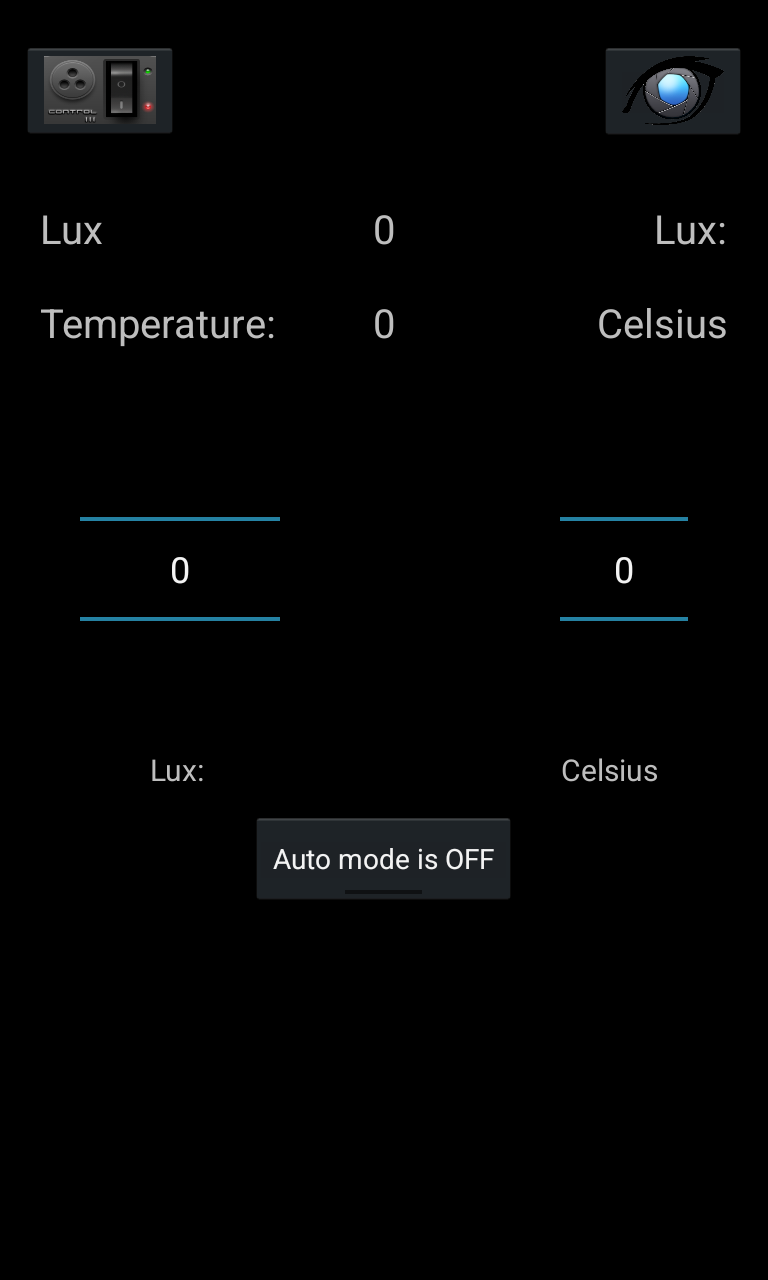
Repository: deanzaka/Shroom_IOIO_OpenCV
Layout: samples/IOIOSimpleApp/res/layout/main.xml
These files come from the project's save history. The layout is drawn as it stood at one moment and after the next save; the edit follows.
It is drawn on a 768 x 1280 px phone screen (xhdpi) without system bars, with theme android:Theme.Holo; the app's code is not run.

Above is the layout before, as saved 2014-06-04 10:00:07.

### samples/IOIOSimpleApp/res/layout/main.xml
<?xml version="1.0" encoding="utf-8"?>
<LinearLayout xmlns:android="http://schemas.android.com/apk/res/android"
    android:orientation="vertical"
    android:layout_width="fill_parent"
    android:layout_height="fill_parent"
    android:background="#00000000">

    <RelativeLayout
        android:layout_width="match_parent"
        android:layout_height="wrap_content"
        android:orientation="horizontal"
        android:paddingTop="10dp">

        <ImageButton
            android:src="@drawable/camera"
            android:id="@+id/CameraButton"
            android:layout_width="wrap_content"
            android:layout_height="wrap_content"
            android:layout_margin="10dp"
            android:layout_alignParentRight="true"
            android:maxWidth="75dp"
  			android:maxHeight="75dp"
  			android:scaleType="fitCenter"
            android:adjustViewBounds="true"
            android:onClick="ColorBlobSetup"
            />

        <ImageButton
		    android:id="@+id/panel"
		    android:src="@drawable/panel"
		    android:layout_height="50dp"
		    android:layout_width="80dp"
		    android:layout_marginTop="10dp"
		    android:layout_marginLeft="10dp"
		    android:scaleType="fitXY"
		    android:layout_alignParentLeft="true"
		    android:onClick="menuAct"
		    />

    </RelativeLayout>

	<RelativeLayout
		android:layout_width="match_parent"
		android:layout_height="wrap_content"
		android:orientation="horizontal"
		android:paddingTop="20dp">
		<TextView
			android:text="@string/inte_label"
			android:layout_width="wrap_content"
			android:layout_height="wrap_content"
			android:layout_alignParentLeft="true"
			android:paddingLeft="20dp"
			android:textSize="20sp"
			/>

		<TextView
		    android:id="@+id/LuxValue"
		    android:layout_width="wrap_content"
		    android:layout_height="wrap_content"
		    android:layout_centerHorizontal="true"
		    android:text="0"
		    android:textSize="20sp" />

		<TextView
			android:text="@string/lux_label"
			android:layout_width="wrap_content"
			android:layout_height="wrap_content"
			android:layout_alignParentRight="true"
			android:paddingRight="20dp"
			android:textSize="20sp"
			/>
	</RelativeLayout>

	<RelativeLayout
		android:layout_width="wrap_content"
		android:layout_height="wrap_content"
		android:orientation="horizontal"
		android:paddingTop="20dp">
		<TextView
			android:text="@string/temp_label"
			android:layout_width="wrap_content"
			android:layout_height="wrap_content"
			android:paddingLeft="20dp"
			android:layout_alignParentLeft="true"
			android:textSize="20sp"
			/>
		<TextView
			android:id="@+id/TempValue"
			android:text="0"
			android:layout_width="wrap_content"
			android:layout_height="wrap_content"
			android:layout_centerHorizontal="true"
			android:textSize="20sp"
			/>
		<TextView
			android:text="@string/cel_label"
			android:layout_width="wrap_content"
			android:layout_height="wrap_content"
			android:paddingRight="20dp"
			android:layout_alignParentRight="true"
			android:textSize="20sp"
			/>
	</RelativeLayout>

	<RelativeLayout
	    android:layout_width="fill_parent"
		android:layout_height="wrap_content"
		android:orientation="horizontal"
		android:gravity="center_horizontal"
		android:paddingTop="20dp">

		<NumberPicker
		    android:id="@+id/userLux"
		    android:layout_width="100dp"
		    android:layout_height="wrap_content"
		    android:layout_alignParentLeft="true"
		    android:layout_marginLeft="40dp"/>

		<NumberPicker
		    android:id="@+id/userTemp"
		    android:layout_width="wrap_content"
		    android:layout_height="wrap_content"
		    android:layout_alignParentRight="true"
		    android:layout_marginRight="40dp"/>

	</RelativeLayout>

	<RelativeLayout
	    android:layout_width="fill_parent"
		android:layout_height="wrap_content"
		android:orientation="horizontal"
		android:gravity="center_horizontal">

		<TextView
		    android:text="@string/lux_label"
		    android:layout_width="wrap_content"
		    android:layout_height="wrap_content"
		    android:layout_alignParentLeft="true"
		    android:layout_marginLeft="75dp"
		    android:textSize="15sp"/>

		<TextView
		    android:text="@string/cel_label"
		    android:layout_width="wrap_content"
		    android:layout_height="wrap_content"
		    android:layout_alignParentRight="true"
		    android:layout_marginRight="55dp"
		    android:textSize="15sp"/>

	</RelativeLayout>

	<ToggleButton
			android:id="@+id/ToggleAuto"
			android:layout_width="wrap_content"
			android:layout_height="wrap_content"
			android:layout_margin="10dp"
			android:textOff="Auto mode is OFF"
			android:textOn="Auto mode is ON"
			android:layout_gravity="center_horizontal"
			/>
</LinearLayout>

### samples/IOIOSimpleApp/res/values/strings.xml
<?xml version="1.0" encoding="utf-8"?>
<resources>

    <string name="app_name">Shroom</string>
    <string name="lux_label">Lux:</string>
    <string name="cel_label">Celsius</string>
    <string name="temp_label">Temperature:</string>
    <string name="inte_label">Lux</string>
    <string name="IR_label">IR</string>
    <string name="title_activity_menu">Shroom</string>
    <string name="seekbar_label">Move to unlock panel</string>
    <string name="action_settings">Settings</string>
    <string name="hello_world">Hello world!</string>
    <string name="setup_label">Choose button to setup color codes</string>
    <string name="setup_title">setup Color Codes</string>

</resources>

After the next save:
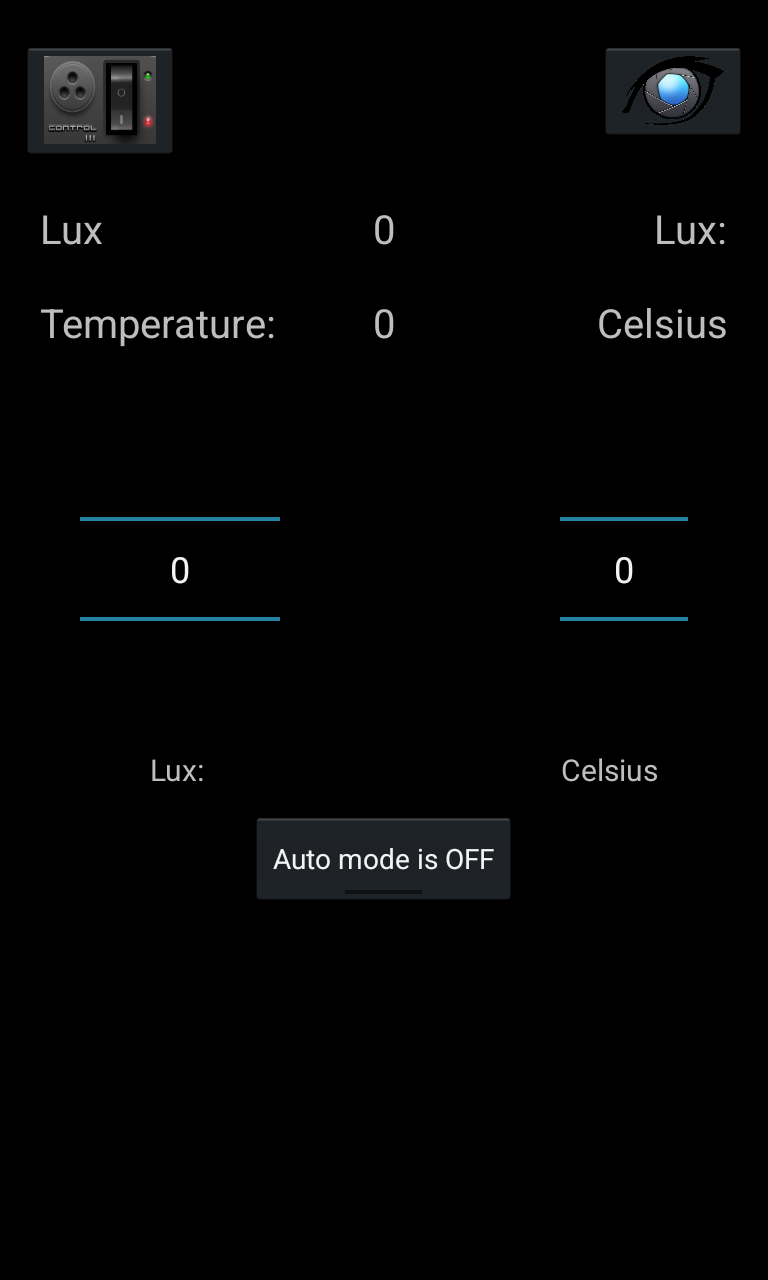
Saved 35 s later.
--- a/samples/IOIOSimpleApp/res/layout/main.xml
+++ b/samples/IOIOSimpleApp/res/layout/main.xml
@@ -28,7 +28,7 @@
         <ImageButton
 		    android:id="@+id/panel"
 		    android:src="@drawable/panel"
-		    android:layout_height="50dp"
+		    android:layout_height="60dp"
 		    android:layout_width="80dp"
 		    android:layout_marginTop="10dp"
 		    android:layout_marginLeft="10dp"
